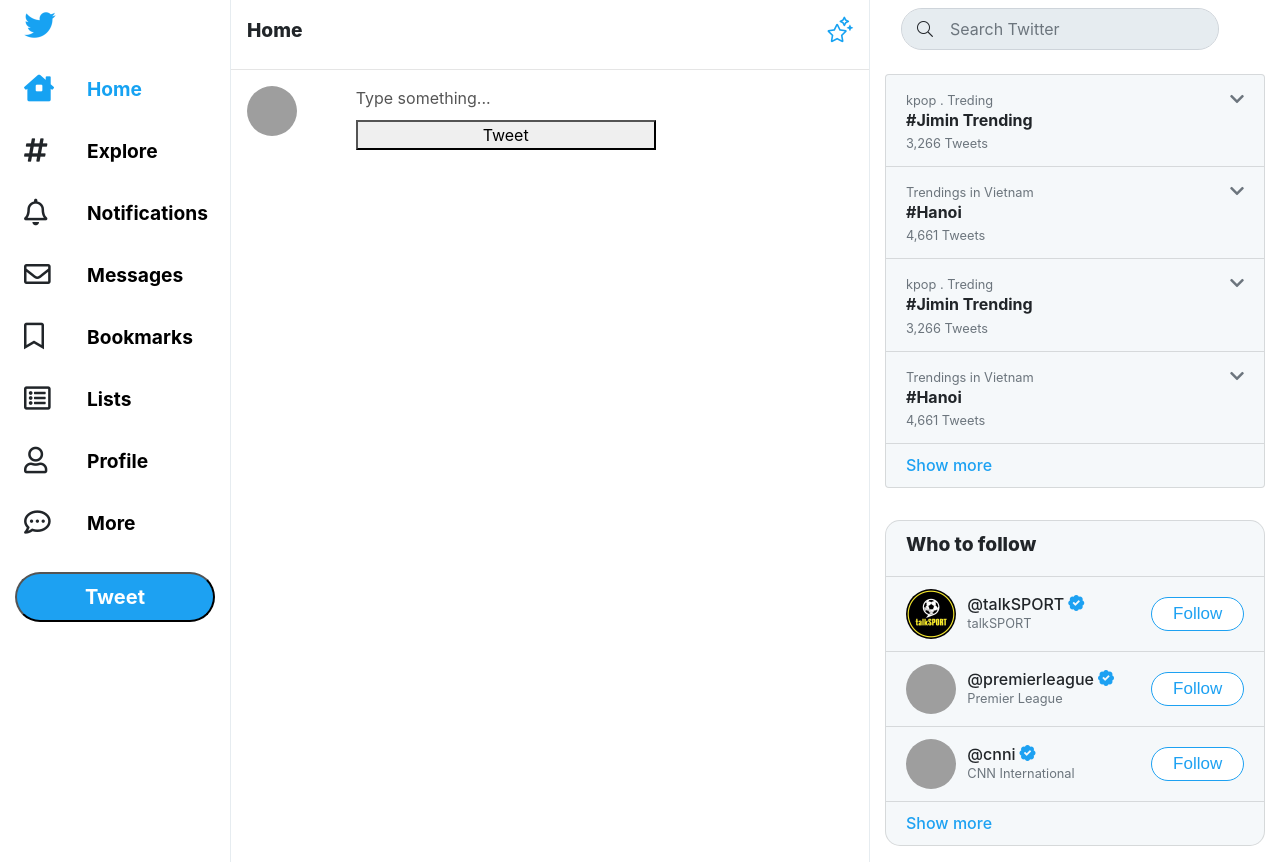
Repository: tts2610/Twitter-clone
Page: index.html
The author's editor kept a copy of each file at every save. The page is drawn from the files as they stood at one save, then again after the next save.
The browser window is 1280 px wide. The pictures show the whole page.
Pictures or frames that could not be fetched are drawn as grey boxes.

Above is the page before, as saved 2020-05-23 16:19:56.

After the next save:
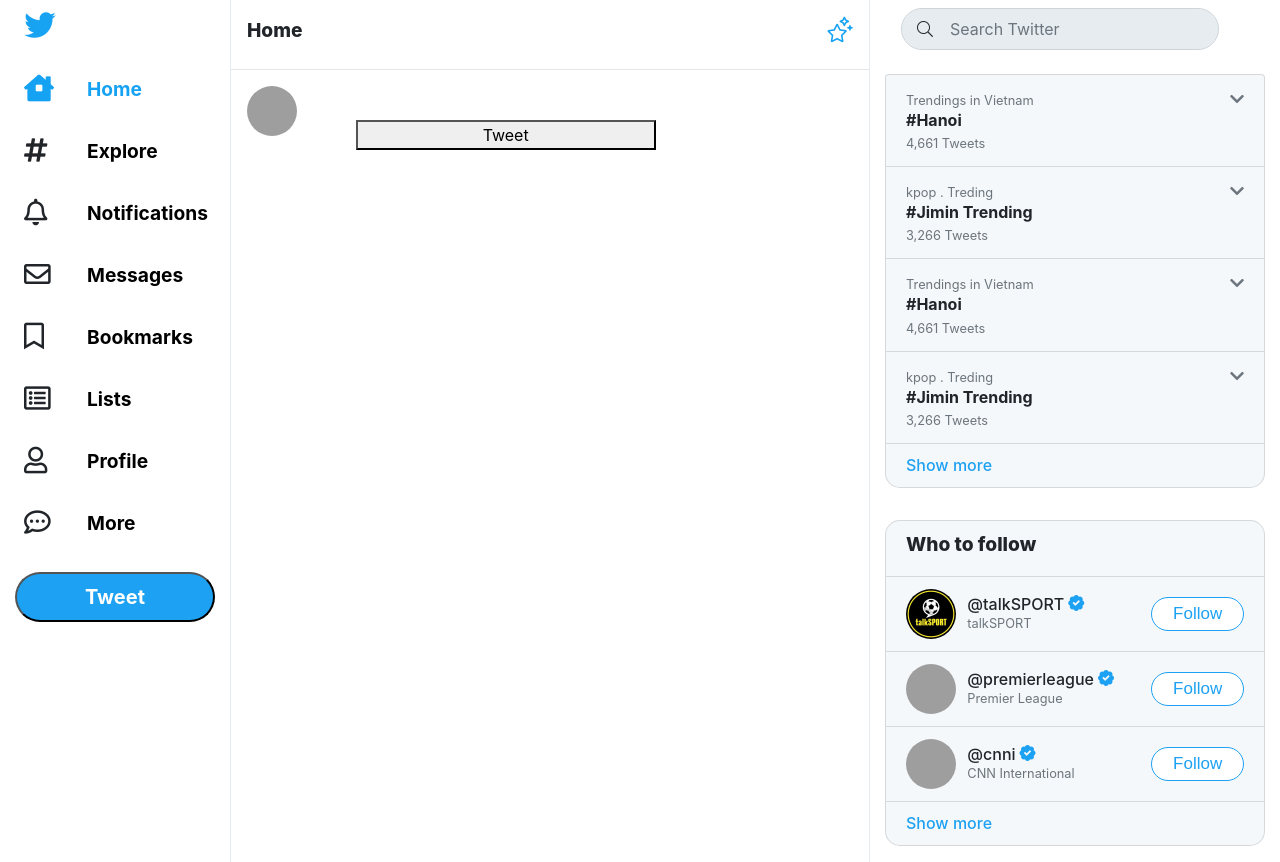
Console error: TypeError: tweetArea.addEventListener is not a function
Saved 31 s later.
--- a/js/script.js
+++ b/js/script.js
@@ -1,4 +1,4 @@
-let tweetArea = document.getElementById("tweetArea");
+let tweetArea = $("#tweetArea");
 const MAX_LETTER = 140;
 
 let tweetList = [];

After the save that followed:
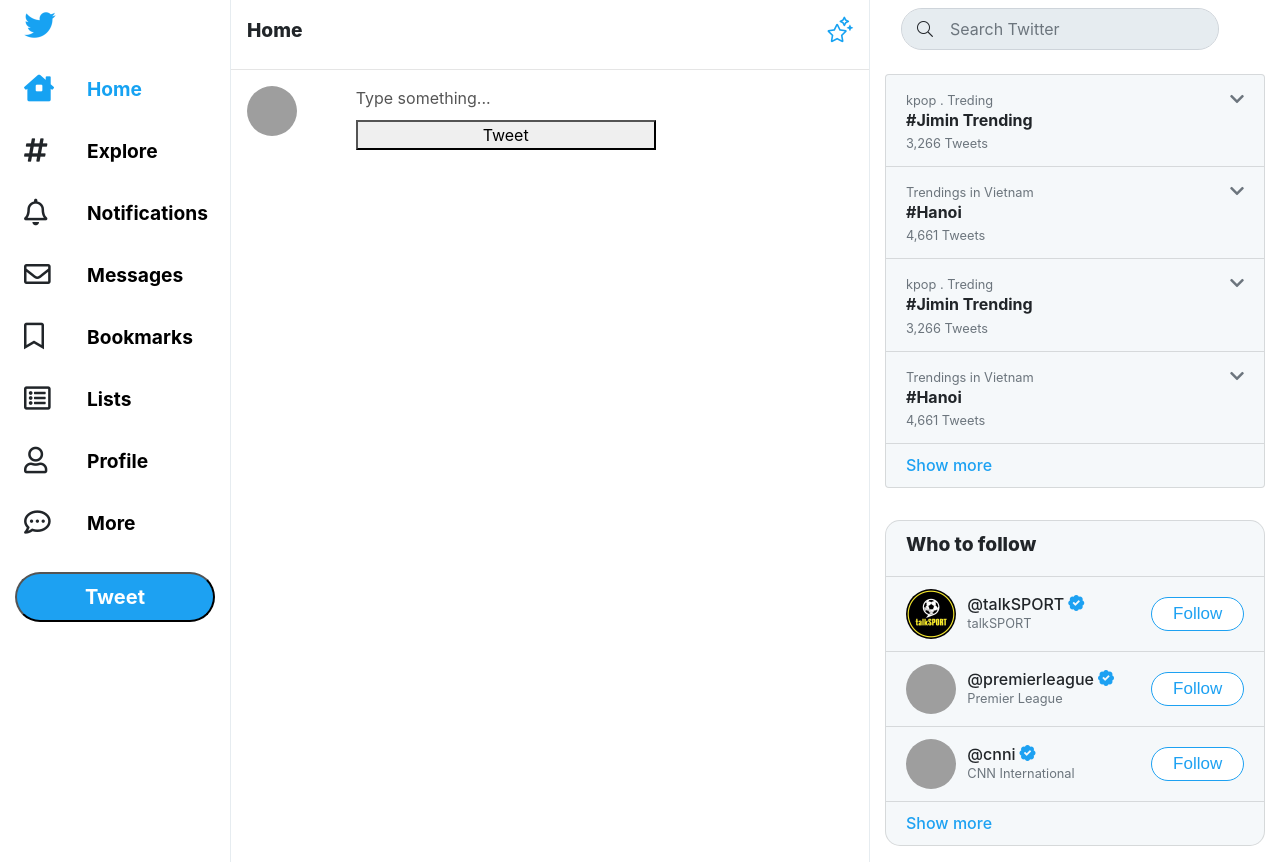
The error is gone.
Saved 106 s later.
--- a/js/script.js
+++ b/js/script.js
@@ -154,7 +154,7 @@
 }
 
 $(document).ready(function() {
-    tweetArea.addEventListener("input", countLetter);
+    tweetArea.on("keypress", countLetter);
     $.fn.outerHTML = function() {
         return $(this).clone().wrap('<div></div>').parent().html();
     }
